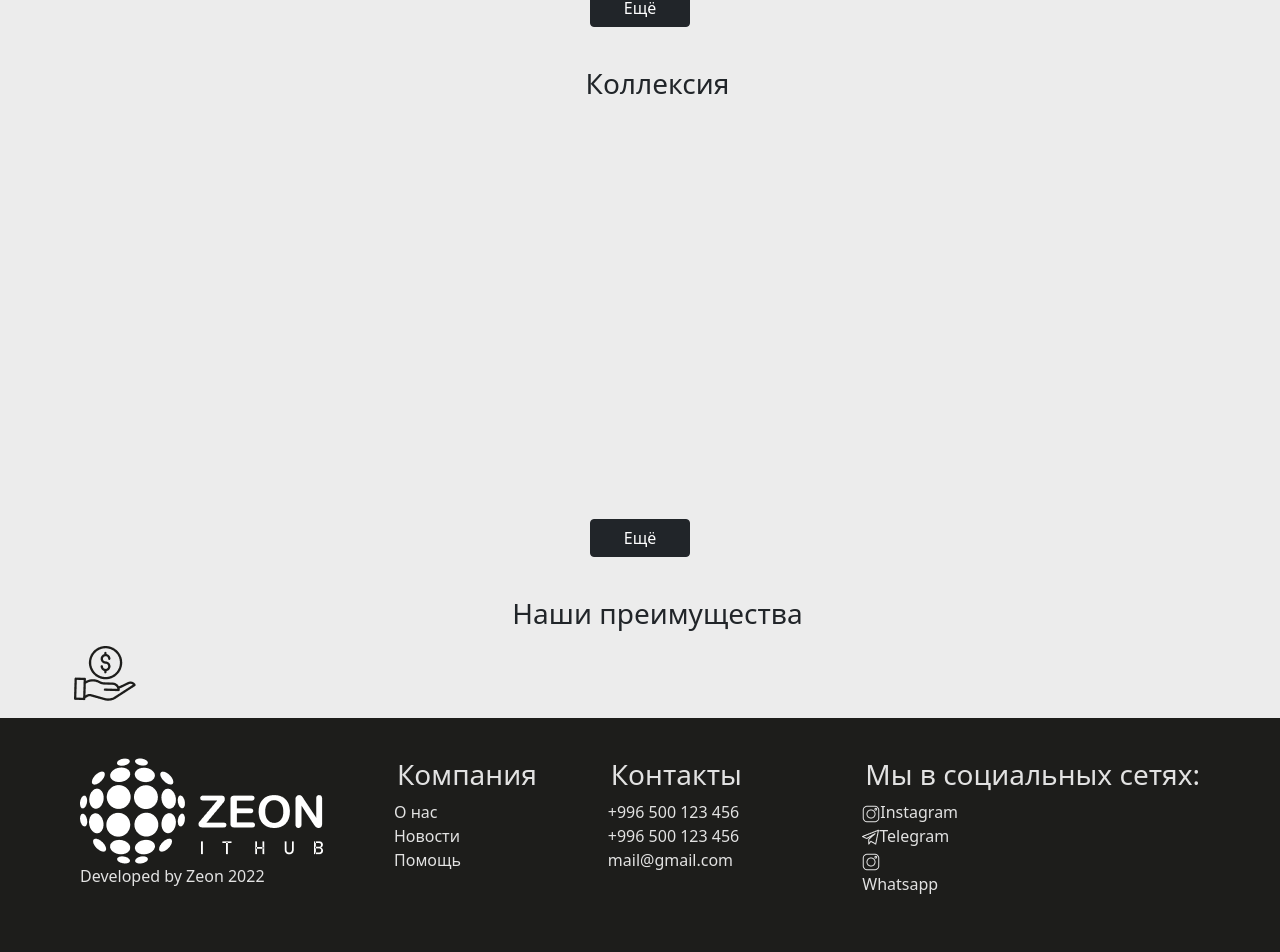
Repository: stamkulova-dinara/zein-internet-magazines
Page: /
The author's editor kept a copy of each file at every save. The page is drawn from the files as they stood at one save, then again after a run of saves.
The browser window is 1280 px wide. The pictures show the part of the page from y = 1229 to 2181 px (the page is 2181 px tall before and 2173 px after).
The page's requests for data from a server got no answer. The project was rebuilt for these pictures with package versions that can differ from the ones it lists, and the page was loaded fresh each time. No one was signed in, and anything a server would have sent is missing. Also part of the build but not shown: src/components/about/about.module.css, src/components/about/About.jsx, src/components/collections/collection.module.css, src/components/collections/Collections.jsx, src/components/news/News.jsx, src/components/collections/collec.module.css, src/components/collections/CollectionByTitle.jsx.

Above is the page before, as saved 2022-03-28 13:16:08.

After the next 4 saves:
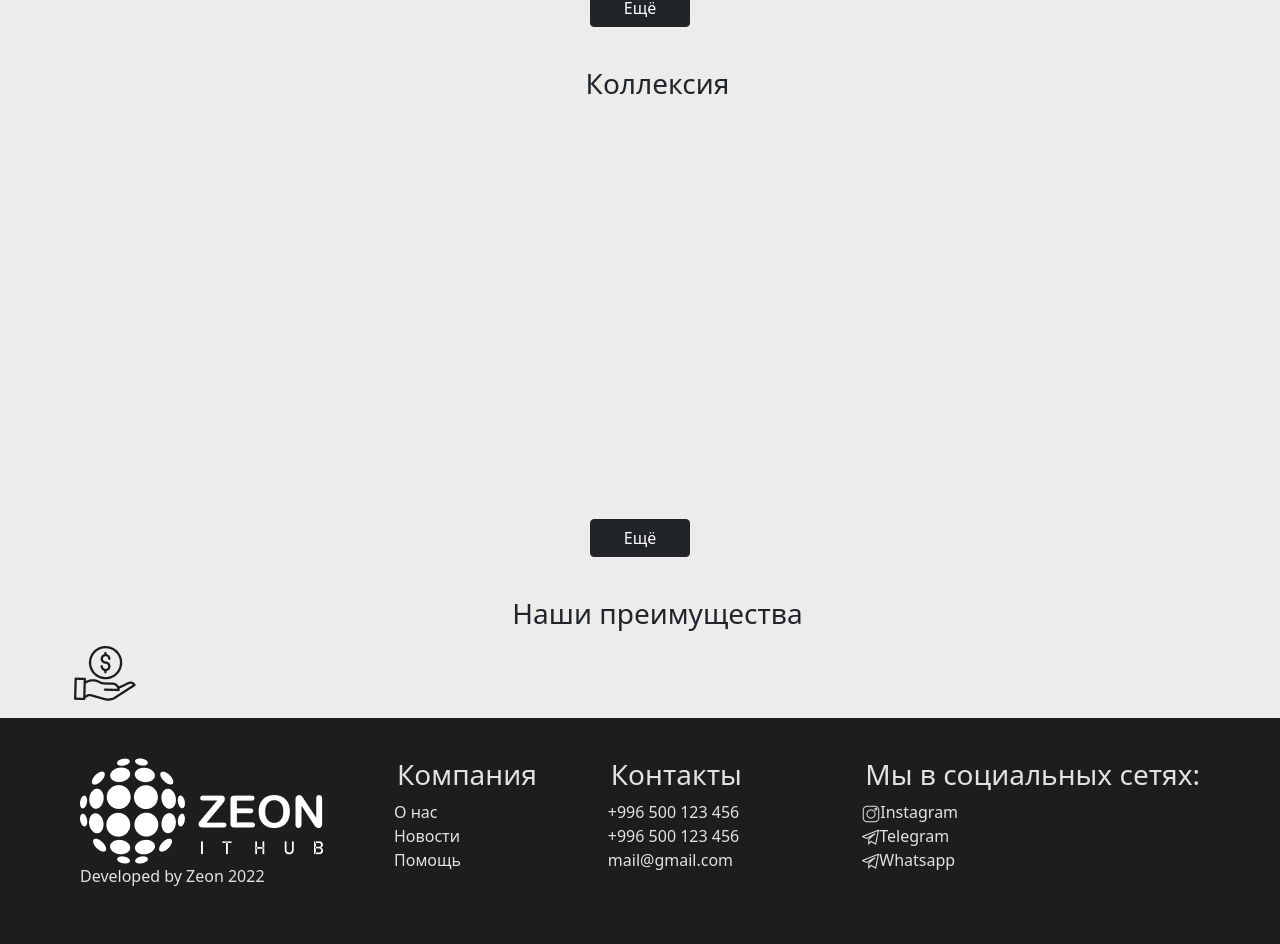
The 4 saves are shown as one change because they came seconds apart.
The last was saved 13 s later.
--- a/src/components/footer/Footer.jsx
+++ b/src/components/footer/Footer.jsx
@@ -51,8 +51,10 @@
                         </li>
                 </a>
                 <a href='https://wa.me/+996999805099' target='_blank'>
-                <img src={instagramIcon}/>
-                    <li>Whatsapp </li>
+                    <li>
+                    <img src={telegramIcon}/>
+                        Whatsapp
+                         </li>
                 </a>
                 </ul>
             </div>
